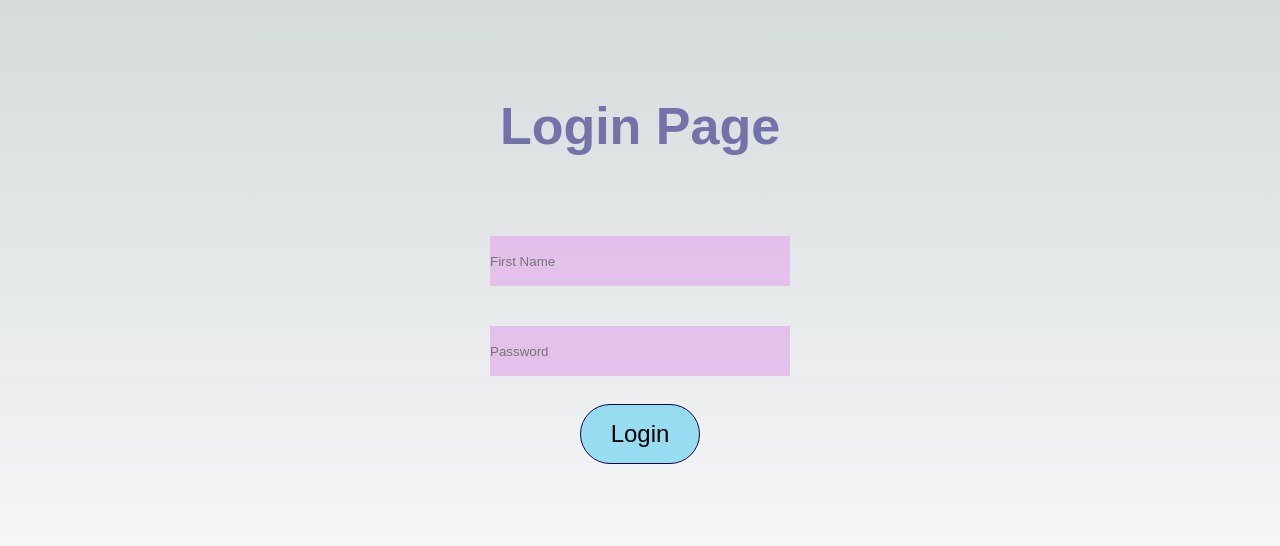
Repository: SaraShio/counter
Page: /
These files come from the project's save history. The page is drawn as it stood at one moment and after a run of saves; the edit follows.
The browser window is 1280 px wide. The pictures show the whole page.
The project was rebuilt for these pictures with package versions that can differ from the ones it lists, and the page was loaded fresh each time. The framework's server and built-in components were replaced by stand-ins that run in the browser. Also part of the build but not shown: next.config.js.

Above is the page before, as saved 2023-01-15 22:59:22.

After the next 2 saves:
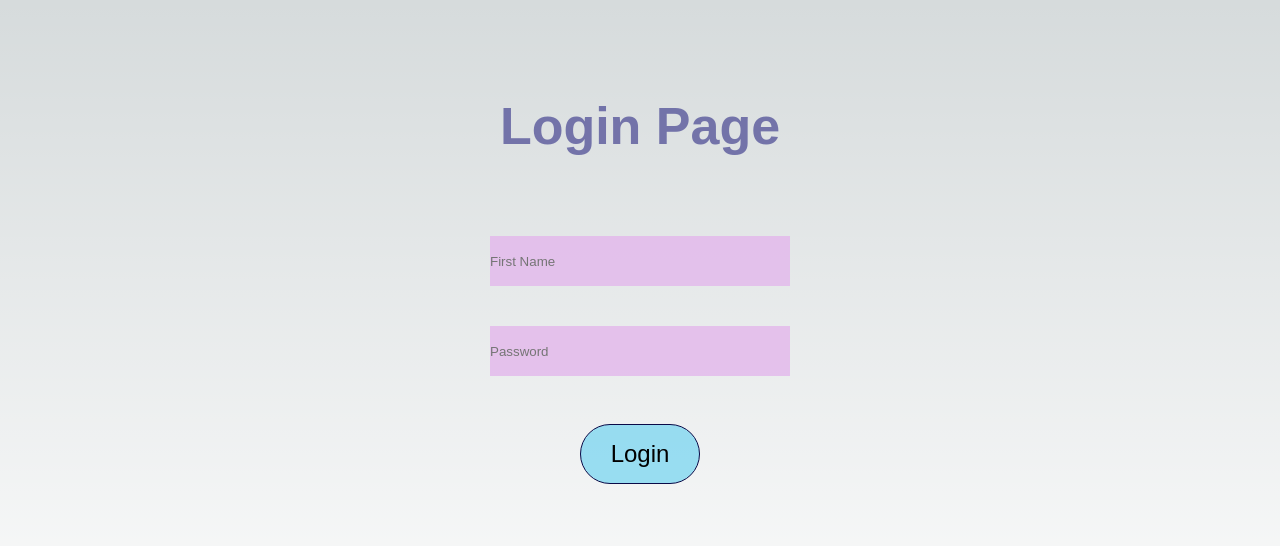
The 2 saves are shown as one change because they came seconds apart.
The last was saved 27 s later.
--- a/styles/Home.module.css
+++ b/styles/Home.module.css
@@ -34,6 +34,6 @@
   border-radius: 1000px;
   font-size: var(--small-header-font);
   font-family: var(--new-font);
-  margin: 8px;
+  margin-top: 28px;
   padding: 4px;
 }
